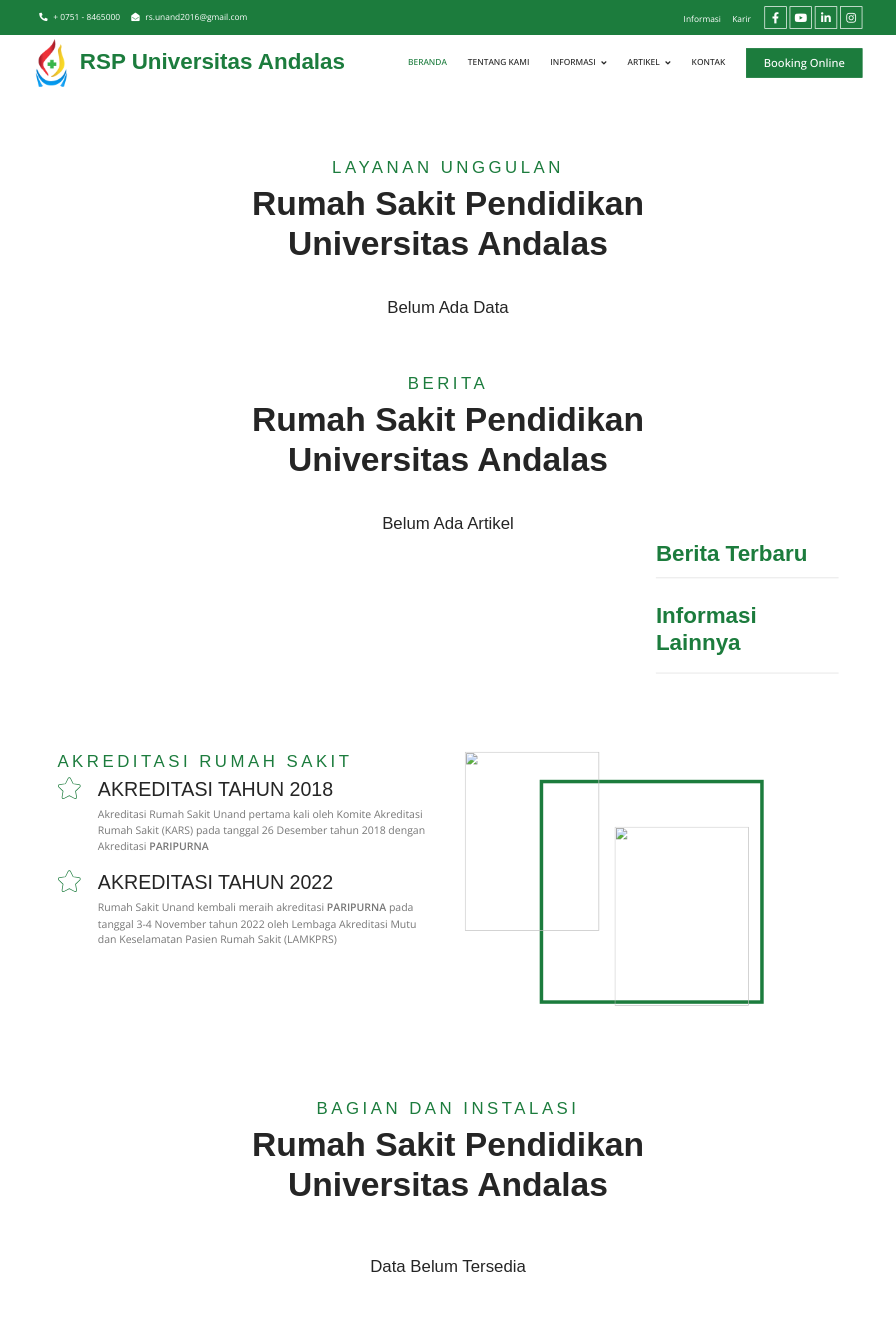
Repository: vivin-erialis/rsunand-site
Page: http://localhost/
An editor plug-in stored every save of this project. The page is shown before and after the next save, followed by the edit.
The browser window is 1280 px wide. The pictures show the part of the page from y = 0 to 1920 px (the page is 3087 px tall), at 70% of full size.
Some web fonts or font styles are not loaded; a fallback is used. Some web libraries are served in a nearby version. The page is served by the project's Laravel application, run on PHP 8.4 with Laravel 12. Queries for data that is not in the repository find no rows.

Above is the page before, as saved 2024-06-10 09:12:41.
Console error: TypeError: Cannot read properties of undefined (reading 'version')

After the next save:
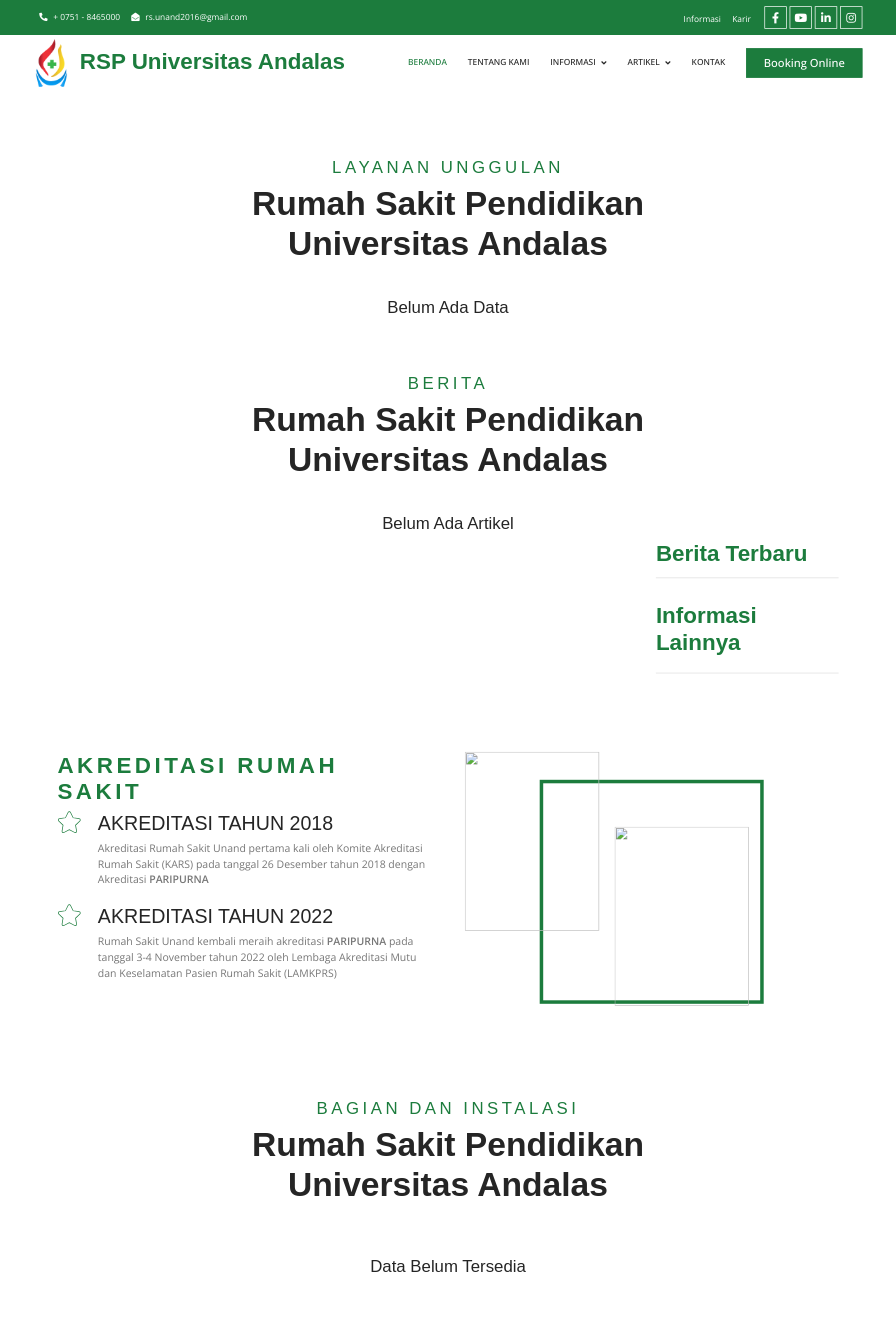
Saved 21 s later.
--- a/resources/views/Frontend/home.blade.php
+++ b/resources/views/Frontend/home.blade.php
@@ -224,7 +224,7 @@
         <div class="container">
             <div class="row g-5">
                 <div class="col-lg-6 wow fadeInUp" data-wow-delay="0.1s">
-                    <h4 class="section-title">AKREDITASI RUMAH SAKIT</h4>
+                    <h2 class="section-title">AKREDITASI RUMAH SAKIT</h2>
                     {{-- <h1 class="display-5 mb-4">Why You Should Trust Us? Learn More About Us!</h1> --}}
                     {{-- <p class="mb-4">Tempor erat elitr rebum at clita. Diam dolor diam ipsum sit. Aliqu diam amet diam et eos. Clita erat ipsum et lorem et sit, sed stet lorem sit clita duo justo magna dolore erat amet</p> --}}
                     <div class="row g-4">
